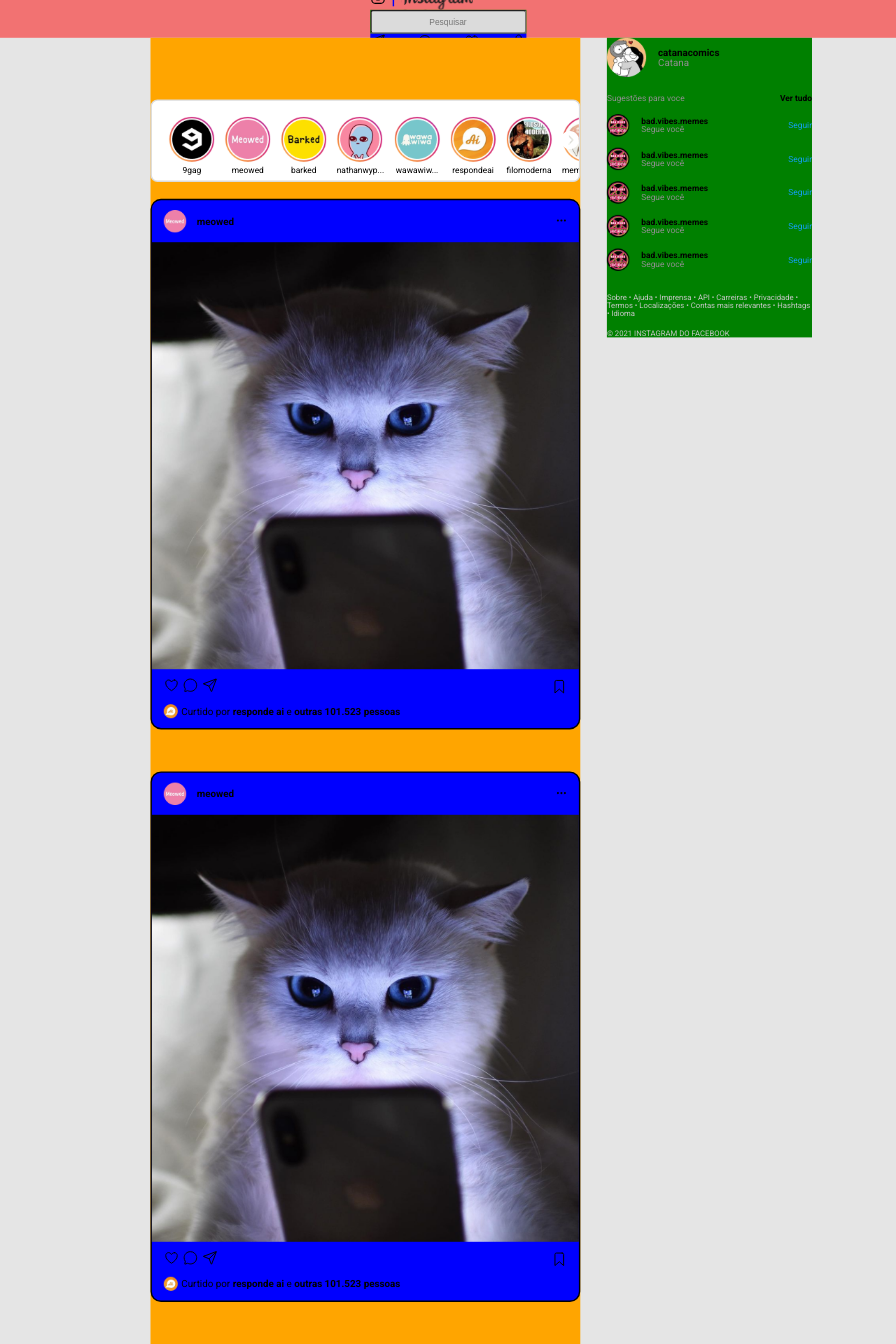
Repository: Zezinoo/proj-2-instagram-clone
Page: index.html
An editor plug-in stored every save of this project. The page is shown before and after the next save, followed by the edit.
The browser window is 1280 px wide. The pictures show the part of the page from y = 0 to 1920 px (the page is 2738 px tall), at 70% of full size.
Some web libraries are served in a nearby version.

Above is the page before, as saved 2022-06-05 02:19:54.

After the next save:
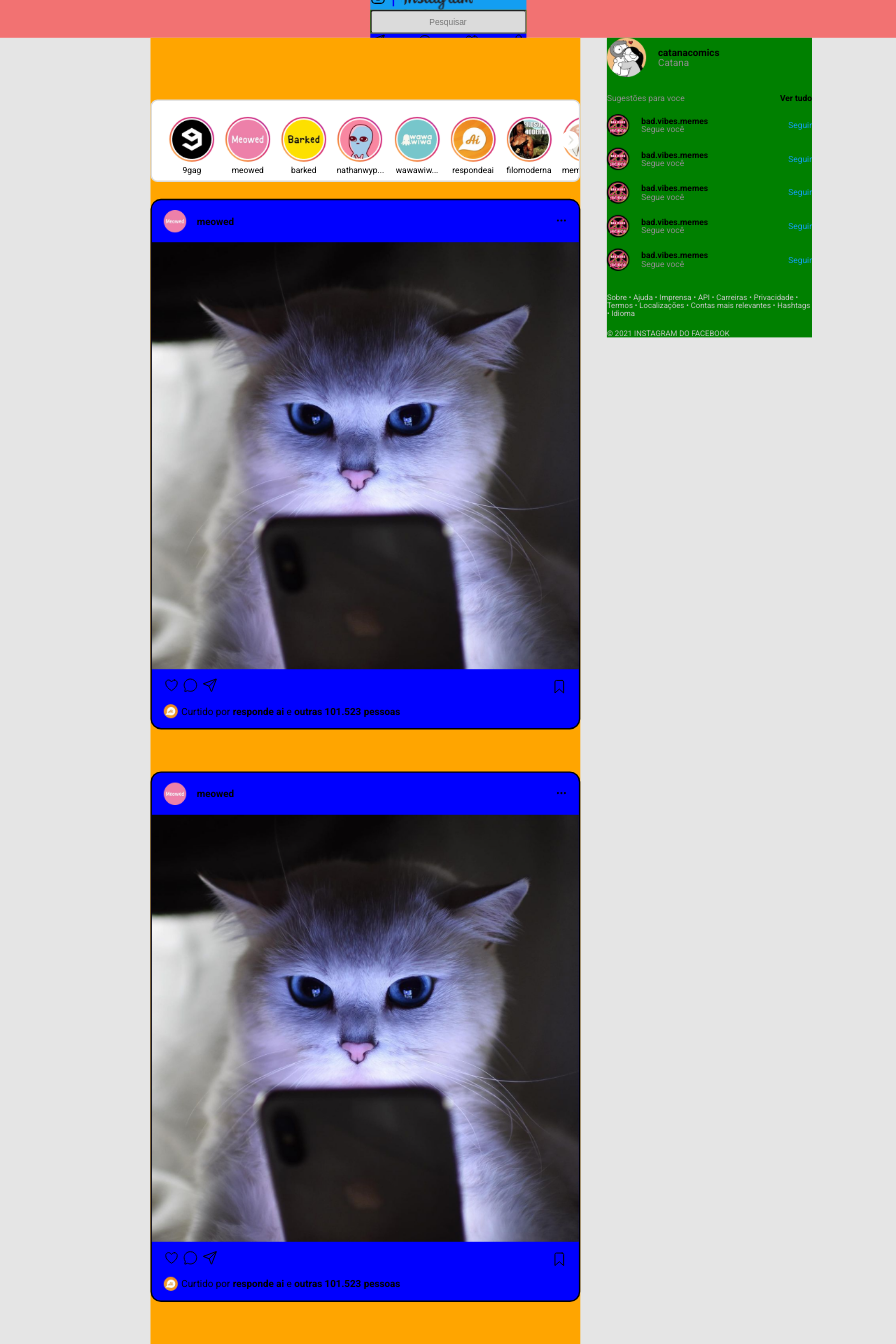
Saved 4 min 50 s later.
--- a/style.css
+++ b/style.css
@@ -17,6 +17,7 @@
 
 .logo{
     width: 100%;
+    background-color: #139EF2;
     display: flex;
     align-items: flex-start;
     width: 100%;
